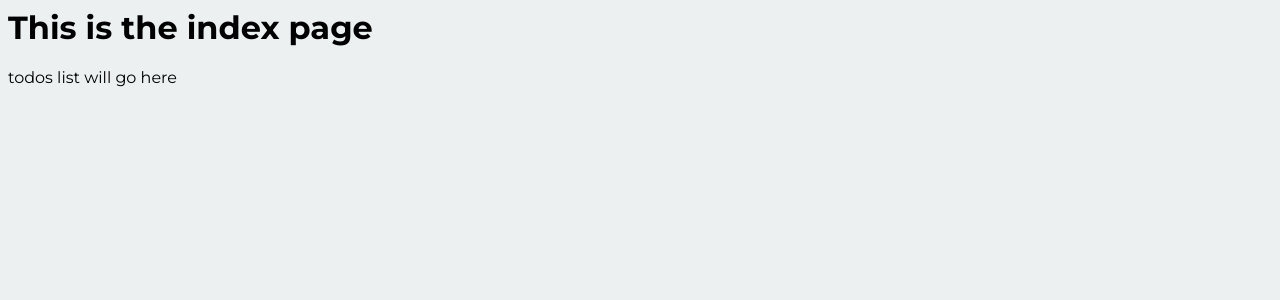
Repository: liuxiaomingskm/front-end-work
Page: todos-api(练习了API的创建调用和通过存储data来保存状态和ajax的put请求)/todos_api/views/index.html
The author's editor kept a record of every edit. The page is drawn from the files as they stood at one moment, then again after the next edit.
The browser window is 1280 px wide. The pictures show the whole page.
The page's requests for data from a server got no answer.

Above is the page before.

### todos-api(练习了API的创建调用和通过存储data来保存状态和ajax的put请求)/todos_api/views/index.html
<head>
    <link rel="stylesheet" href="app.css" type="text/css" />
    <script src="https://code.jquery.com/jquery-3.5.1.min.js"
    integrity="sha256-9/aliU8dGd2tb6OSsuzixeV4y/faTqgFtohetphbbj0="
    crossorigin="anonymous"></script>
</head>
<body>
    <h1>This is the index page</h1>

<p>todos list will go here</p>
<script type="text/javascript" src="app.js"></script>
</body>

### todos-api(练习了API的创建调用和通过存储data来保存状态和ajax的put请求)/todos_api/public/app.css
@import url('https://fonts.googleapis.com/css?family=Montserrat:300,400,700');

body {
	font-family: 'Montserrat', sans-serif;
	background: #ecf0f1;
}

/*****************************HEADER STYLES*****************************/
header {
	text-align: center;
}
header h1 {
	font-size: 64px;
	font-weight: 300;
	margin: 80px 0 25px;
	color: #2c3e50;
}
header h1 span {
	font-weight: 700;
}
header h2 {
	color: #bdc3c7;
	font-weight:300;
}
/*****************************FORM STYLES*****************************/

.form {
	width: 800px;
	margin: 50px auto 20px;
}

#todoInput {
	width: 100%;
	height: 60px;
	background: none;
	border: none;
	border-bottom: 1px solid #34495e;
	outline: none;
	font: 300 28px 'Ubuntu', sans-serif;
	padding: 20px;
	color: #34495e;
}

/*****************************LIST STYLES*****************************/
.list {
	width: 800px;
	margin: 0 auto;
}
.task {
	width: 100%;
	height: 60px;
	line-height: 60px;
	font-size: 20px;
	padding: 0 20px;
	color: #34495e;
	transition: all .3s ease;
}
.task:hover {
	background: rgba(0, 0, 0, .02);
	cursor: pointer;
}

.task:hover span{
	opacity: 1;
}

.done {
	text-decoration: line-through;
	color: #bdc3c7;
}

li span {
  float: right;
  color: #c0392b;
  transition: all 0.3s;
  opacity: 0;
}

li span:hover {
  color: #e74c3c
}

### todos-api(练习了API的创建调用和通过存储data来保存状态和ajax的put请求)/todos_api/public/app.js
/* global $ */
$(document).ready(function(){
    $.getJSON("/api/todos")
    .then(addTodos)

    $('#todoInput').keypress(function(event){
        if (event.which == 13){
            //create todo
            createTodo();
        }
    })
});

$('.list').on('click','li', function(req,res){
    updateTodo($(this));
})

$('.list').on('click','span', function(e){//这里要注意监听器只能parent节点上 要不然点击事件对新创建的span无效
        e.stopPropagation();// 阻止事件向上传递 点击span 只会对span触发事件 而不会对包含span的li触发事件
        removeTodo($(this).parent());


})

function addTodos(todos){
    // add todos to page here
    todos.forEach(function(todo){ //这里用map也可以 foreach和map可以互换 除了返回结果不同
     addTodo(todo);
})}


function addTodo(todo){
       var newTodo = $('<li class="task">' + todo.name + '<span>X</span> </li>');
       newTodo.data('id', todo._id); //将id保存在newTodo中 方便后面删除调用
       newTodo.data('completed',todo.completed);
        if(todo.completed){
            newTodo.addClass("done");
        }
        $('.list').append(newTodo);

}
function createTodo(){
    //send request to create new todo
    var usrInput = $('#todoInput').val();
    $.post('/api/todos',{name: usrInput})
    .then(function(newTodo){

       addTodo(newTodo);
        $('#todoInput').val("");
    })
    .catch(function(err){
        console.log(err);
    })

}
function removeTodo(todo){
        var clickedId =  todo.data('id');
       var deleteUrl = '/api/todos/' + clickedId;

       $.ajax({
           method:'DELETE',
           url:deleteUrl
       })
       .then(function(data){
           todo.remove();
       })
       .catch(function(err){
           console.log(err);
       })
}

function updateTodo(todo){
  var clickedId = todo.data('id');
  var updateUrl = '/api/todos/' + clickedId;
  var isDone = todo.data('completed');
  var updateData = {completed: !isDone};
  $.ajax({
      method:'PUT',
      url:updateUrl
  })

}

After the next edit:
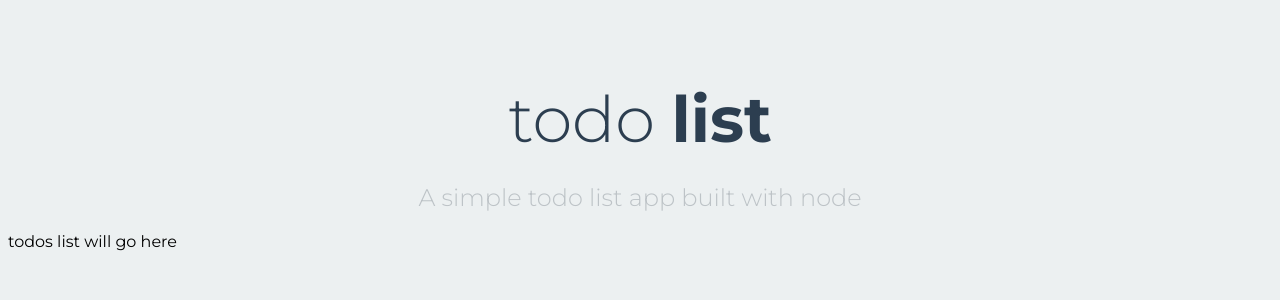
The edit:
--- a/todos-api(练习了API的创建调用和通过存储data来保存状态和ajax的put请求)/todos_api/views/index.html
+++ b/todos-api(练习了API的创建调用和通过存储data来保存状态和ajax的put请求)/todos_api/views/index.html
@@ -5,7 +5,10 @@
     crossorigin="anonymous"></script>
 </head>
 <body>
-    <h1>This is the index page</h1>
+    <header><h1>todo <span>list</span></h1>
+    <h2>A simple todo list app built with node</h2>
+    </header>
+
 
 <p>todos list will go here</p>
 <script type="text/javascript" src="app.js"></script>
